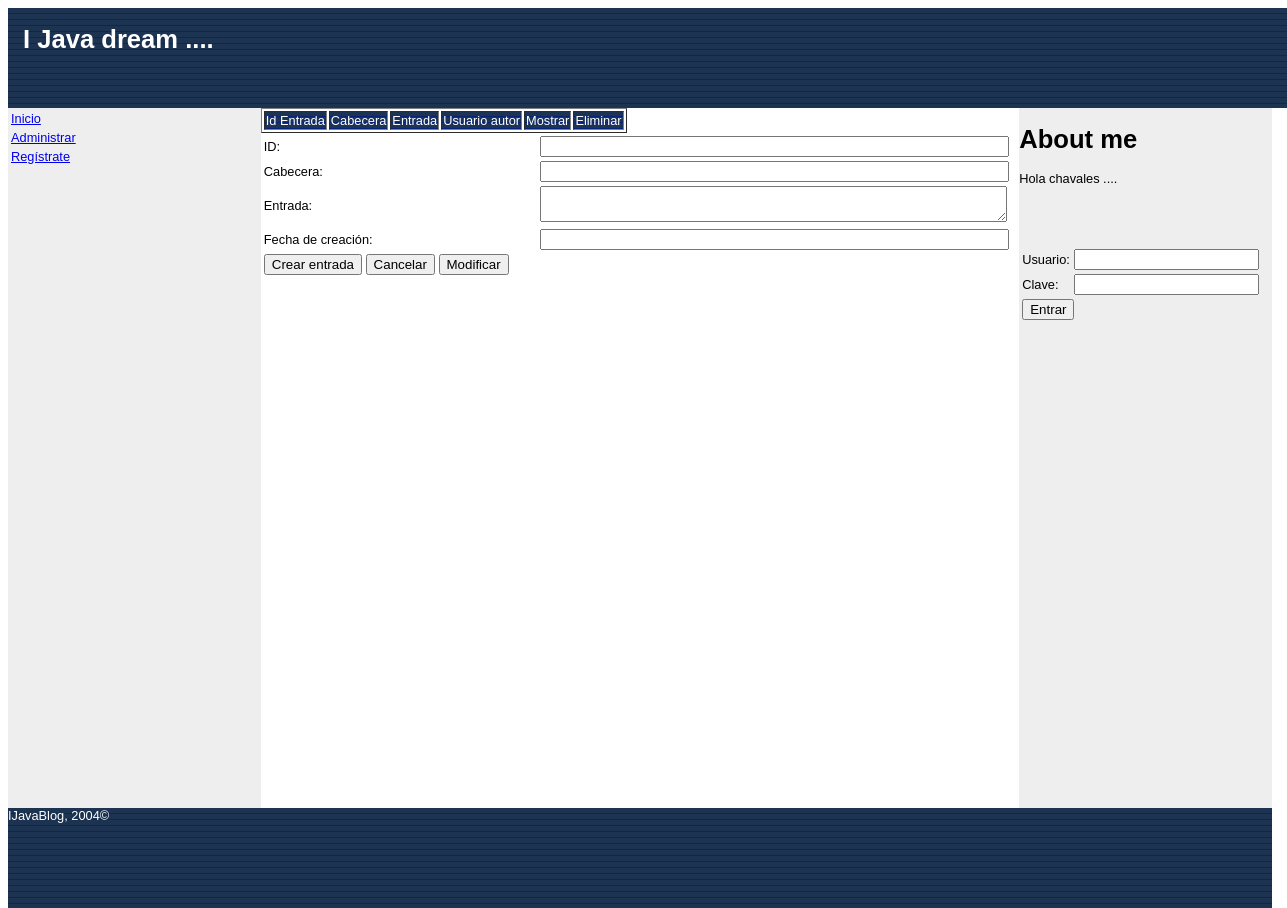
Repository: alruis/IJavaDreamBlog
Page: http://localhost/IJavaBlog/jsp/blog/inicio.jsp
An editor plug-in stored every save of this project. The page is shown before and after the next save, followed by the edit.
The browser window is 1280 px wide. The page is 1287 px wide, so the pictures cover 1287 px, including what lies to the right of the window. The pictures show the whole page.
The page is served by Tomcat 9. Nobody is signed in. The application's start-up code is not run. The template is opened directly, without the code that normally fills it, so the values that code supplies are empty.

Above is the page before, as saved 2014-09-26 14:29:50.
Console error: ReferenceError: init is not defined

After the next save:
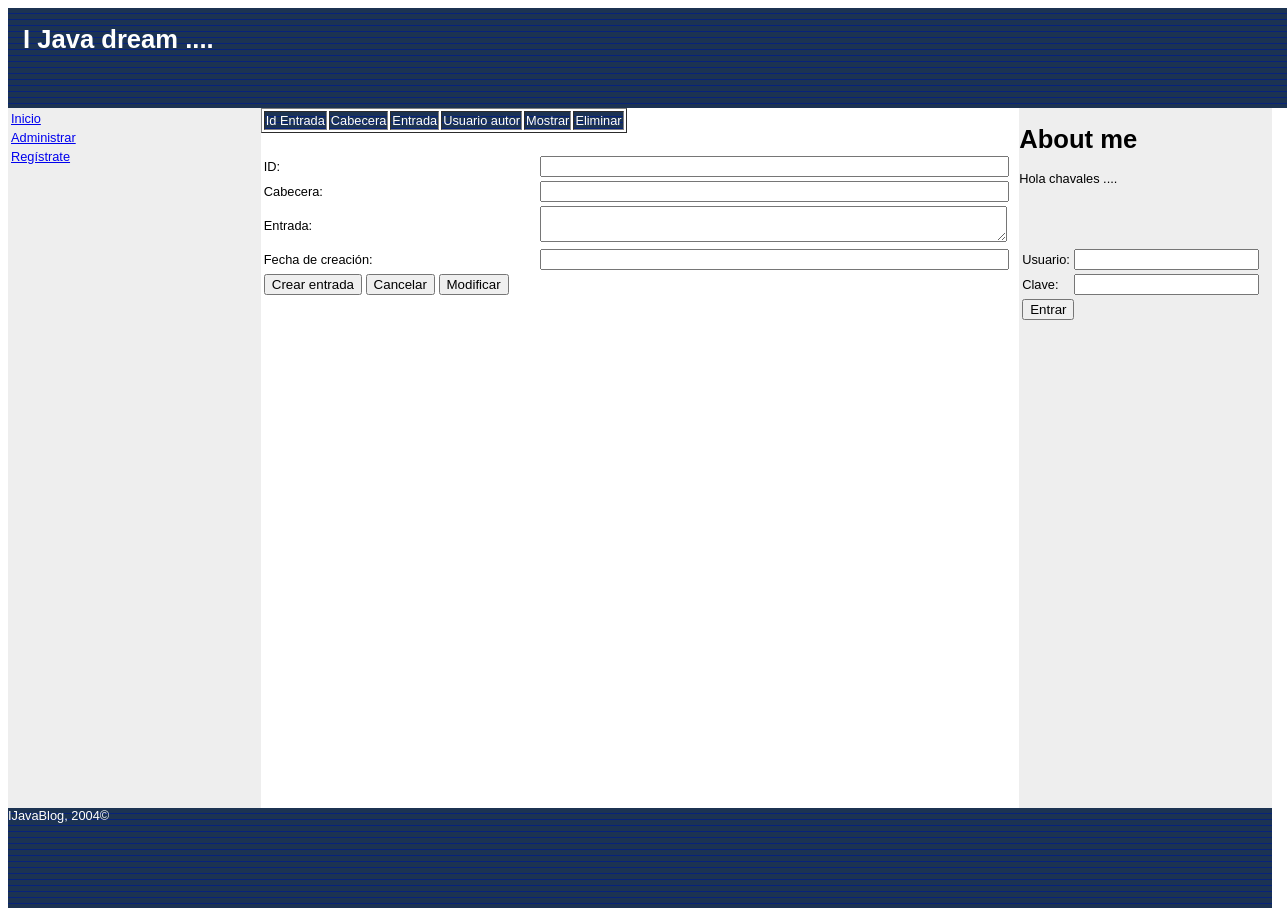
Saved 36 s later.
--- a/IJavaBlog/WebContent/jsp/blog/inicio.jsp
+++ b/IJavaBlog/WebContent/jsp/blog/inicio.jsp
@@ -100,7 +100,7 @@
 		</tbody>
 	</table>
 
-	<div style="width: 20px"></div>
+	<div style="height: 20px"></div>
 	<!--   <h1>Crear entrada</h1> -->
 	<form:form action="agregarEntrada.blog" commandName="entradaForm" method="post">
 		<table style="width: 98%;" >
